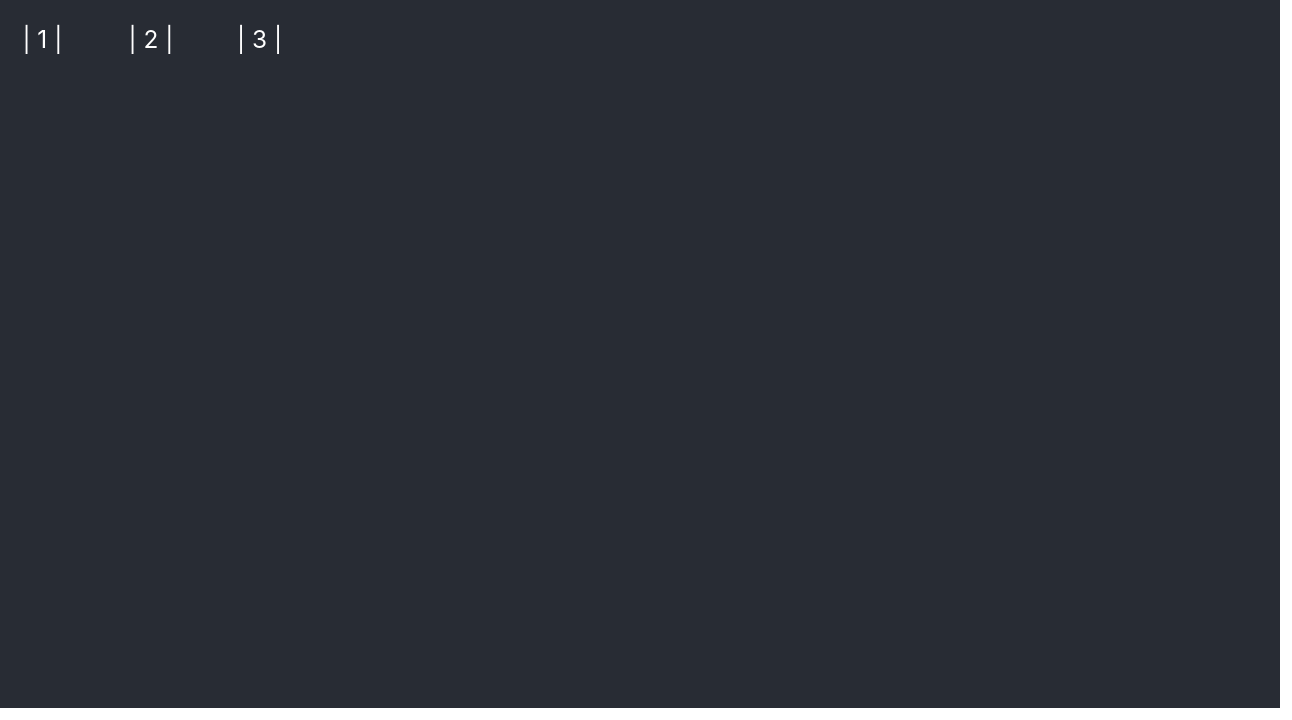
Repository: ghbamorim/megasenaapi
Page: / (app in mega-sena-client/)
These files come from the project's save history. The page is drawn as it stood at one moment and after the next save; the edit follows.
The browser window is 1280 px wide. The page is 1292 px wide, so the pictures cover 1292 px, including what lies to the right of the window. The pictures show the whole page.
The project was rebuilt for these pictures with package versions that can differ from the ones it lists, and the page was loaded fresh each time.

Above is the page before, as saved 2021-09-11 11:14:32.

After the next save:
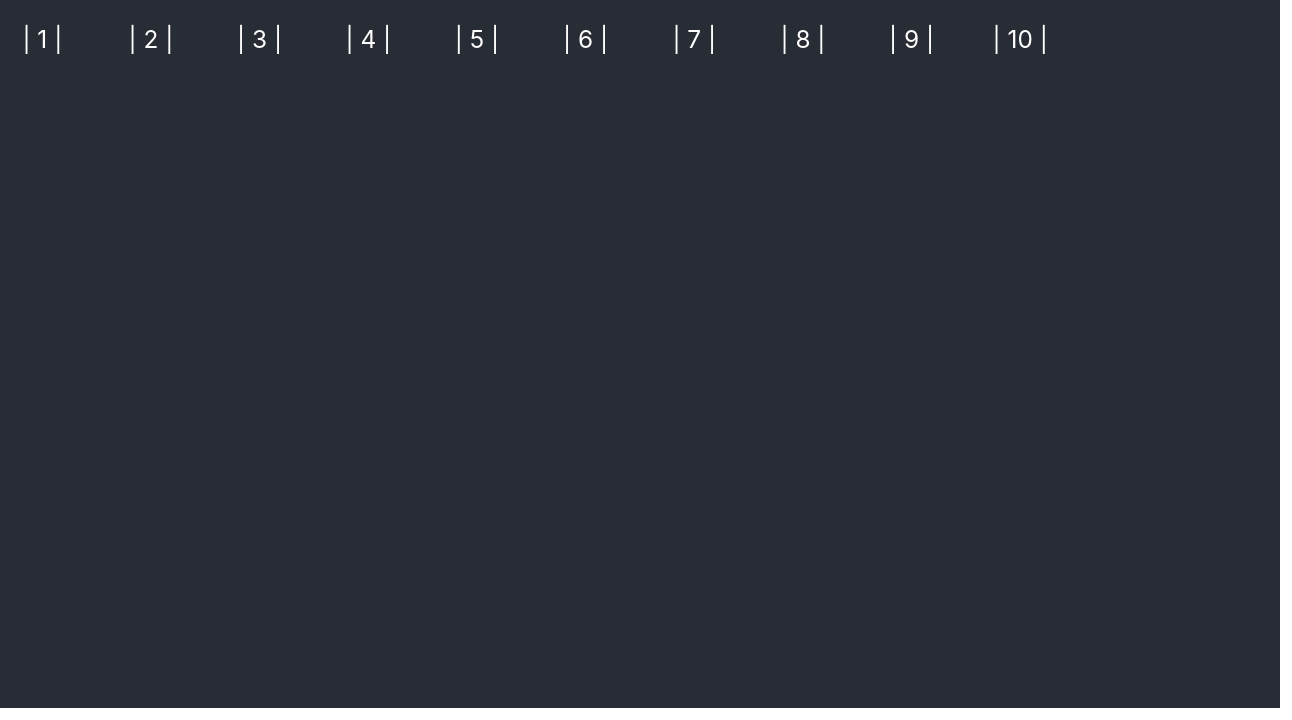
Saved 22 h 17 min later.
--- a/mega-sena-client/src/row.tsx
+++ b/mega-sena-client/src/row.tsx
@@ -3,10 +3,10 @@ import React from "react";
 import "./App.css";
 
 const Row = () => {
-  const cols: number[] = [1, 2, 3];
-  /*for (let i = 1; i <= 10; i++) {
+  const cols: number[] = [];
+  for (let i = 1; i <= 10; i++) {
     cols.push(i);
-  }*/
+  }
 
   return (
     <React.Fragment>
